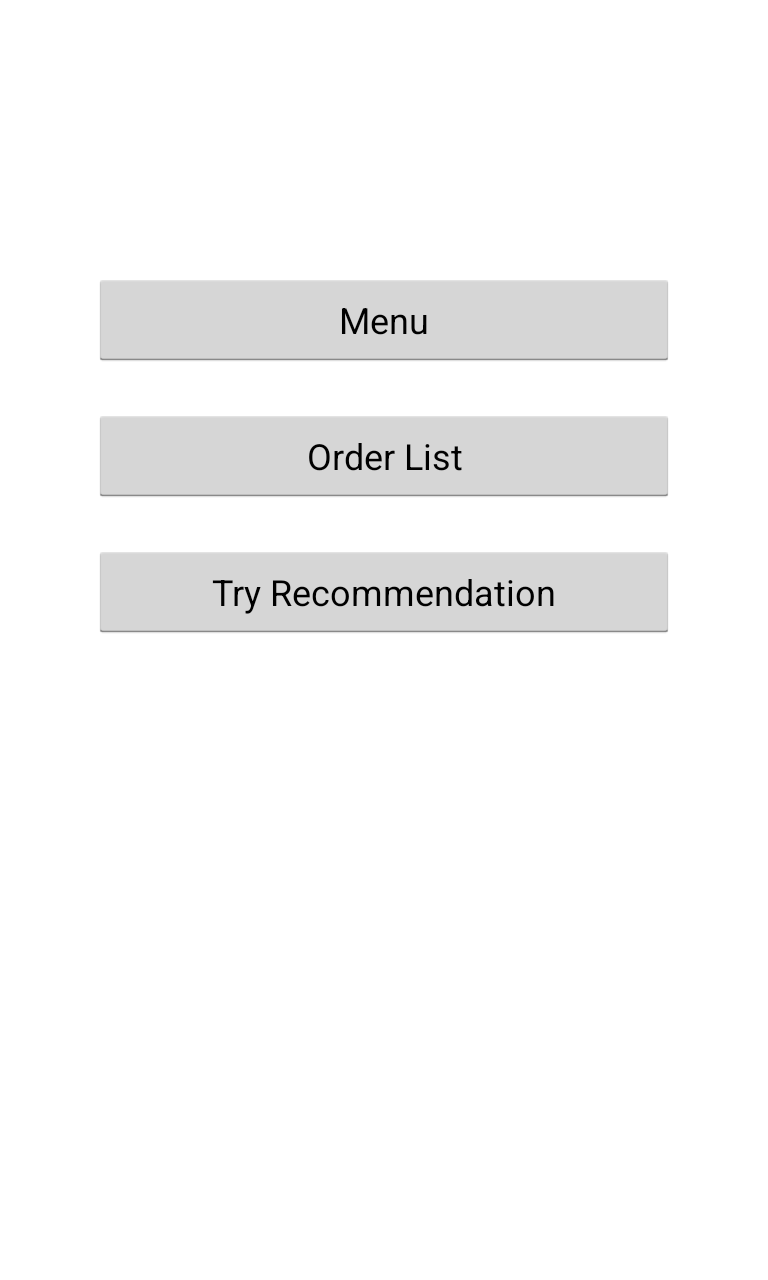
Repository: erenerdogan/ERMS
Layout: ERMSMobile/ERMS/res/layout/activity_main.xml
These files come from the project's save history. The layout is drawn as it stood at one moment and after the next save; the edit follows.
It is drawn on a 768 x 1280 px phone screen (xhdpi) without system bars, with theme AppTheme; the app's code is not run.

Above is the layout before, as saved 2013-12-21 23:44:48.

### ERMSMobile/ERMS/res/layout/activity_main.xml
<RelativeLayout xmlns:android="http://schemas.android.com/apk/res/android"
    xmlns:tools="http://schemas.android.com/tools"
    android:layout_width="match_parent"
    android:layout_height="match_parent"
    android:paddingBottom="@dimen/activity_vertical_margin"
    android:paddingLeft="@dimen/activity_horizontal_margin"
    android:paddingRight="@dimen/activity_horizontal_margin"
    android:paddingTop="@dimen/activity_vertical_margin"
    tools:context=".MainActivity" >

    <Button
        android:id="@+id/menubtn"
        android:layout_width="fill_parent"
        android:layout_height="wrap_content"
        android:layout_alignParentLeft="true"
        android:layout_alignParentTop="true"
        android:layout_marginLeft="30dp"
        android:layout_marginRight="30dp"
        android:layout_marginTop="120dp"
        android:text="Menu" />

    <Button
        android:id="@+id/orderbtn"
        android:layout_width="fill_parent"
        android:layout_height="wrap_content"
        android:layout_below="@+id/menubtn"
        android:layout_marginTop="20dp"
        android:layout_marginLeft="30dp"
        android:layout_marginRight="30dp"
        android:text="Order List" />

     <Button
        android:id="@+id/trybtn"
        android:layout_width="fill_parent"
        android:layout_height="wrap_content"
        android:layout_below="@+id/orderbtn"
        android:layout_marginTop="20dp"
        android:layout_marginLeft="30dp"
        android:layout_marginRight="30dp"
        android:text="Try Recommendation" />

</RelativeLayout>

Loaded but not shown: ERMSMobile/ERMS/res/values/styles.xml (common file); ERMSMobile/ERMS/res/values-v11/styles.xml (common file); ERMSMobile/ERMS/res/values-v14/styles.xml (common file); ERMSMobile/ERMS/res/values/dimens.xml (common file)

After the next save:
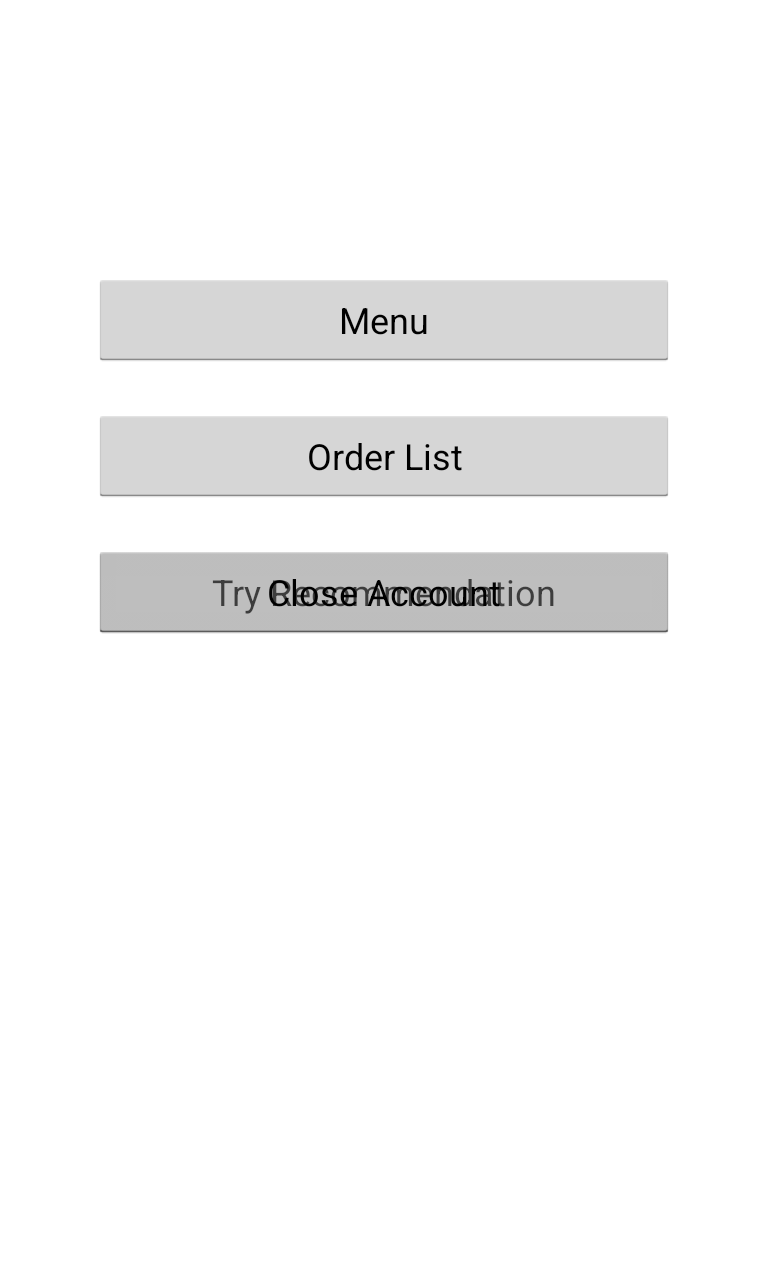
Saved 3 min 19 s later.
--- a/ERMSMobile/ERMS/res/layout/activity_main.xml
+++ b/ERMSMobile/ERMS/res/layout/activity_main.xml
@@ -39,4 +39,14 @@
         android:layout_marginRight="30dp"
         android:text="Try Recommendation" />
 
+     <Button
+        android:id="@+id/billbtn"
+        android:layout_width="fill_parent"
+        android:layout_height="wrap_content"
+        android:layout_below="@+id/orderbtn"
+        android:layout_marginTop="20dp"
+        android:layout_marginLeft="30dp"
+        android:layout_marginRight="30dp"
+        android:text="Close Account" />
+
 </RelativeLayout>
